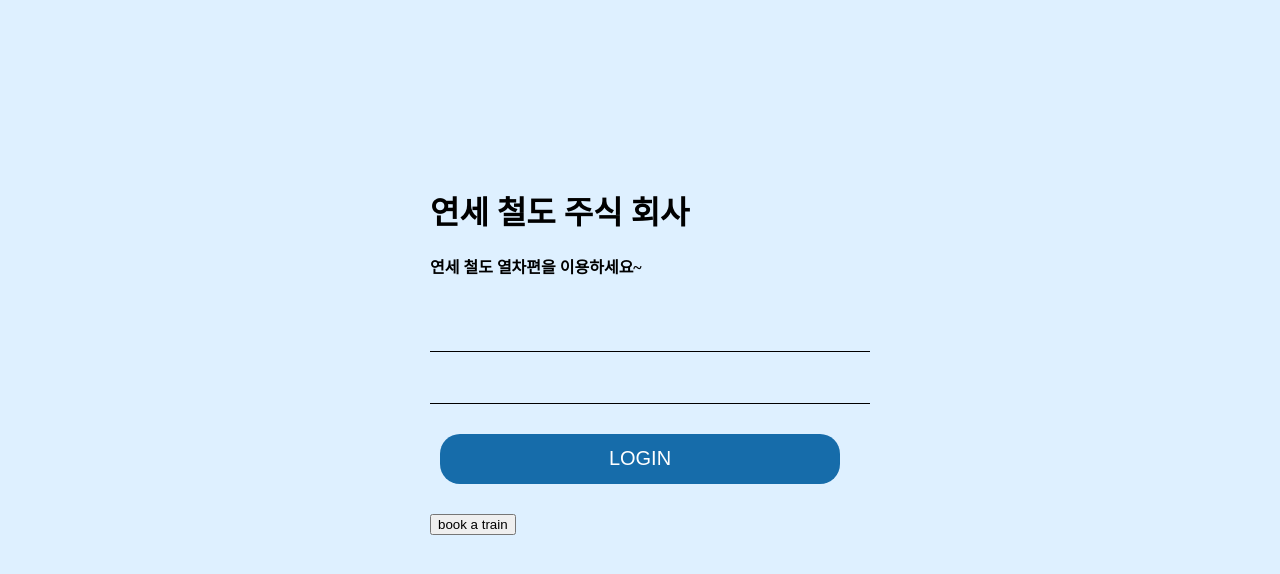
Repository: CISXO/JSP
Page: http://localhost/DB_Project/Login.jsp
These files come from the project's save history. The page is drawn as it stood at one moment and after the next save; the edit follows.
The browser window is 1280 px wide. The pictures show the whole page.
The page is served by Tomcat 9.

Above is the page before, as saved 2022-12-18 04:20:56.

After the next save:
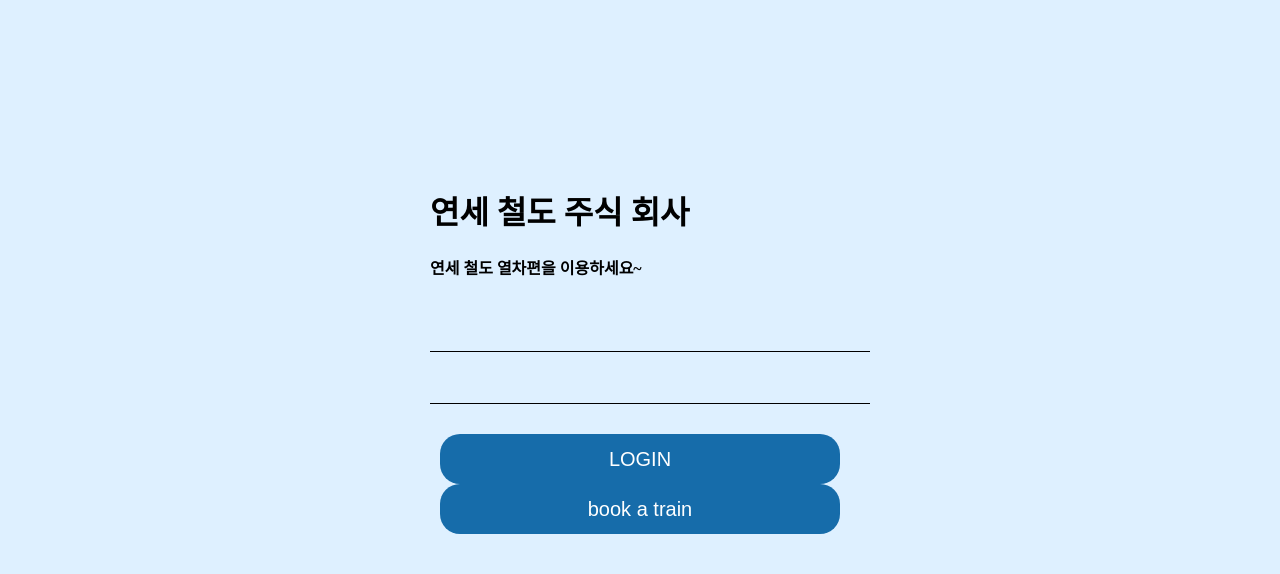
Saved 85 s later.
--- a/DbProject/DB_Project/src/main/webapp/Login.jsp
+++ b/DbProject/DB_Project/src/main/webapp/Login.jsp
@@ -32,7 +32,7 @@ input {
 }
 
 
-#loginButton {
+.Button {
     width: 400px;
     height: 50px;
     margin: 0px 10px;
@@ -61,12 +61,11 @@ input {
                 <input id="pw" type="password" name="pw" autocomplete="off" required>
             </div>
             <div class="loginButtonBox">
-                <button id="loginButton" type="submit">LOGIN</button>
+                <button class="Button" type="submit">LOGIN</button>
             </div>
         </form>
         <form class="user" action="train_book.jsp">
-        <div  class="loginButtonBox">
-        <button>book a train</button></div>
+        <button class="Button">book a train</button>
         </form>
     </div>
 
